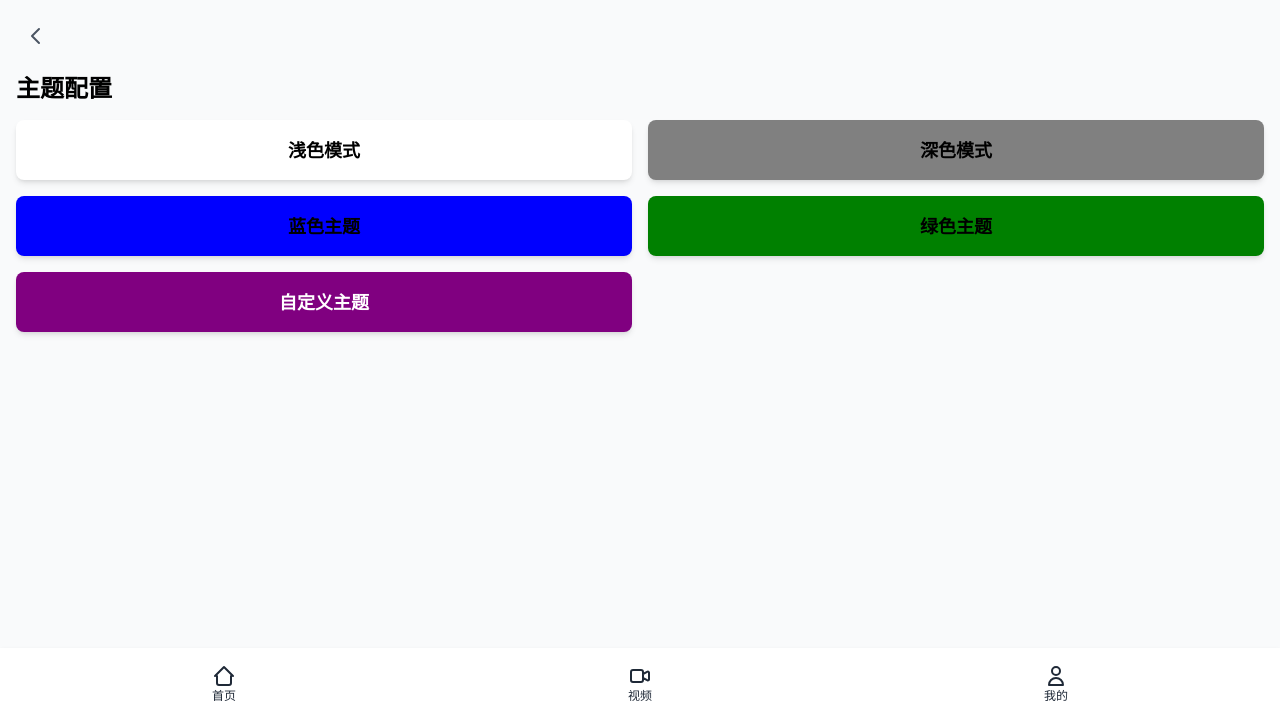
Repository: Look625/simpleNewsForAIRace
Page: /profile/theme-config
These files come from the project's save history. The page is drawn as it stood at one moment and after the next save; the edit follows.
The browser window is 1280 px wide. The pictures show the whole page.
The project was rebuilt for these pictures with package versions that can differ from the ones it lists, and the page was loaded fresh each time. Also part of the build but not shown: vite.config.ts.

Above is the page before, as saved 2025-02-26 10:31:26.

After the next save:
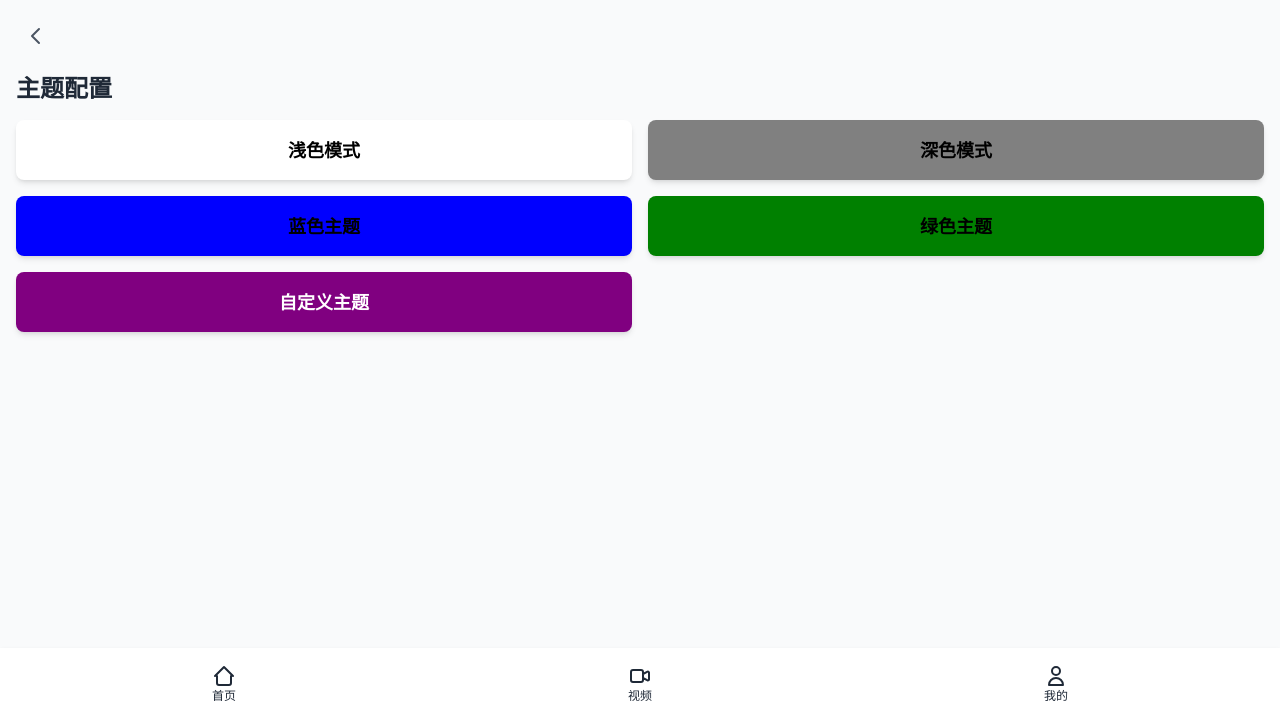
Saved 76 s later.
--- a/src/views/ThemeConfig.vue
+++ b/src/views/ThemeConfig.vue
@@ -7,7 +7,7 @@
       </svg>
     </button>
 
-    <h1 class="text-2xl font-bold mb-4">主题配置</h1>
+    <h1 class="text-2xl font-bold mb-4 text-gray-800">主题配置</h1>
     <div class="grid grid-cols-2 gap-4">
       <button
         v-for="theme in themes"
